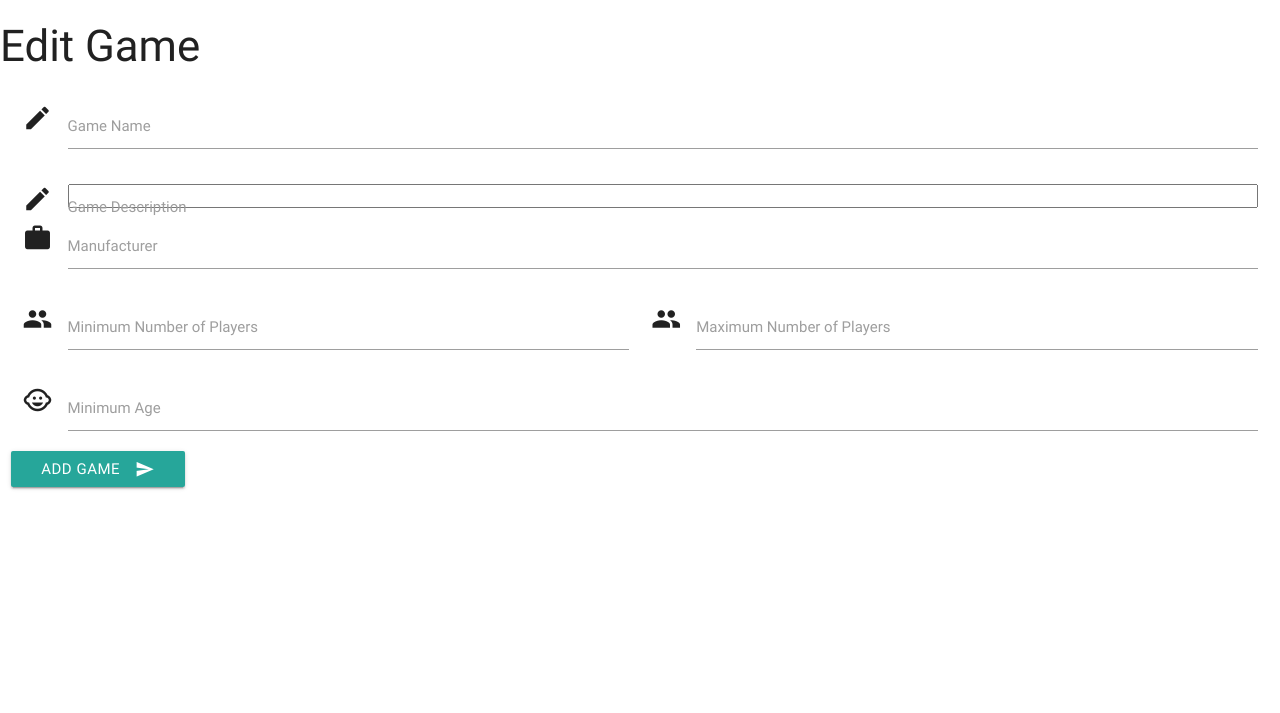
Repository: arcorco/dcd-milestone
Page: templates/editgame.html
The author's editor kept a record of every edit. The page is drawn from the files as they stood at one moment, then again after the next edit.
The browser window is 1280 px wide. The pictures show the whole page.
Some web libraries are served in a nearby version. The page is served by the project's application, run on Flask 3 (app.py). The template is opened directly, without the code that normally fills it, so the values that code supplies are empty.

Above is the page before.

### templates/editgame.html
{% extends 'base.html'%} {% block content %}

<h3>Edit Game</h3>
<div class="row">
  <form action="{{url_for('insert_game')}}" method="POST" class="col s12">
    <div class="row">
      <div class="input-field col s12">
        <i class="material-icons prefix">create</i>
        <input id="game_name" name="game_name" type="text" class="validate">
        <label for="game_name">Game Name</label>
      </div>
      <div class="input-field col s12">
        <i class="material-icons prefix">create</i>
        <input id="game_description" name="game_description" type="textarea" class="validate">
        <label for="game_description">Game Description</label>
      </div>
      <div class="input-field col s12">
        <i class="material-icons prefix">work</i>
        <input id="manufacturer" name="manufacturer" type="text" class="validate">
        <label for="manufacturer">Manufacturer</label>
      </div>
      <div class="input-field col s6">
        <i class="material-icons prefix">group</i>
        <input name="number_of_players_min" id="number_of_players_min" type="text" class="validate">
        <label for="number_of_players_min">Minimum Number of Players</label>
      </div>
      <div class="input-field col s6">
        <i class="material-icons prefix">group</i>
        <input id="number_of_players_max" name="number_of_players_max" type="text" class="validate">
        <label for="number_of_players_max">Maximum Number of Players</label>
      </div>
      <div class="input-field col s12">
        <i class="material-icons prefix">child_care</i>
        <input id="age_range" name="age_range" type="text" class="validate">
        <label for="age_range">Minimum Age</label>
      </div>
      <div class="row">
        <button class="btn waves-effect waves-light" type="submit">Add Game
    <i class="material-icons right">send</i>
  </button>
      </div>
    </div>
  </form>
</div>

{% endblock %}

### templates/base.html
<!DOCTYPE html>
<html>

<head>
    <link href="https://fonts.googleapis.com/icon?family=Material+Icons" rel="stylesheet">
    <link rel="stylesheet" href="https://cdnjs.cloudflare.com/ajax/libs/materialize/0.100.2/css/materialize.min.css">
    <link rel="stylesheet" type="text/css" href="//cdn.jsdelivr.net/npm/slick-carousel@1.8.1/slick/slick.css" />
    <link rel="stylesheet" href="{{url_for('static', filename='css/style.css')}}" type="text/css"/>
</head>

<body>
    {% block content %} {% endblock %}

    <script src="https://cdnjs.cloudflare.com/ajax/libs/jquery/3.2.1/jquery.min.js"></script>
    <script src="https://cdnjs.cloudflare.com/ajax/libs/materialize/0.100.2/js/materialize.min.js"></script>
    <script type="text/javascript" src="//cdn.jsdelivr.net/npm/slick-carousel@1.8.1/slick/slick.min.js"></script>
    <script type="text/javascript">
        $(document).ready(function() {
            $('.game-carousel').slick({
            });

            $('input#game_description').characterCounter();
        });

    </script>
</body>

</html>

### app.py
import os
from flask import Flask, render_template, redirect, request, url_for
from flask_pymongo import PyMongo
from bson.objectid import ObjectId

app = Flask(__name__)

app.config["MONGO_DNAME"] = 'game_review'
app.config["MONGO_URI"] = 'mongodb+srv://first_user:WG9zKqgDwfDTHNa@myfirstcluster-74ub4.mongodb.net/game_review?retryWrites=true&w=majority'
#environment variable for username and password

mongo = PyMongo(app)

@app.route('/')
@app.route('/get_games')
def get_games():
    return render_template('games.html', games=mongo.db.games.find())

@app.route('/add_game')
def add_game():
    return render_template('addgame.html')

@app.route('/insert_game', methods=['POST'])
def insert_game():
    games = mongo.db.games
    new_game = request.form.to_dict()
    min_players = new_game.get("number_of_players_min")
    max_players = new_game.get("number_of_players_max")
    min_age = new_game.get("age_range")
    age = "%s+" % min_age
    players = "%s-%s" % (min_players, max_players)
    new_game.update( {'number_of_players' : players} )
    new_game.update( {'age_range' : age} )
    new_game.pop('number_of_players_min')
    new_game.pop('number_of_players_max')

    games.insert_one(new_game)
    return redirect(url_for('get_games'))

if __name__ == "__main__":
    app.run(host=os.environ.get('IP'),
            port=int(os.environ.get('PORT')),
            debug=True)

Loaded but not shown: static/css/style.css (common file)

After the next edit:
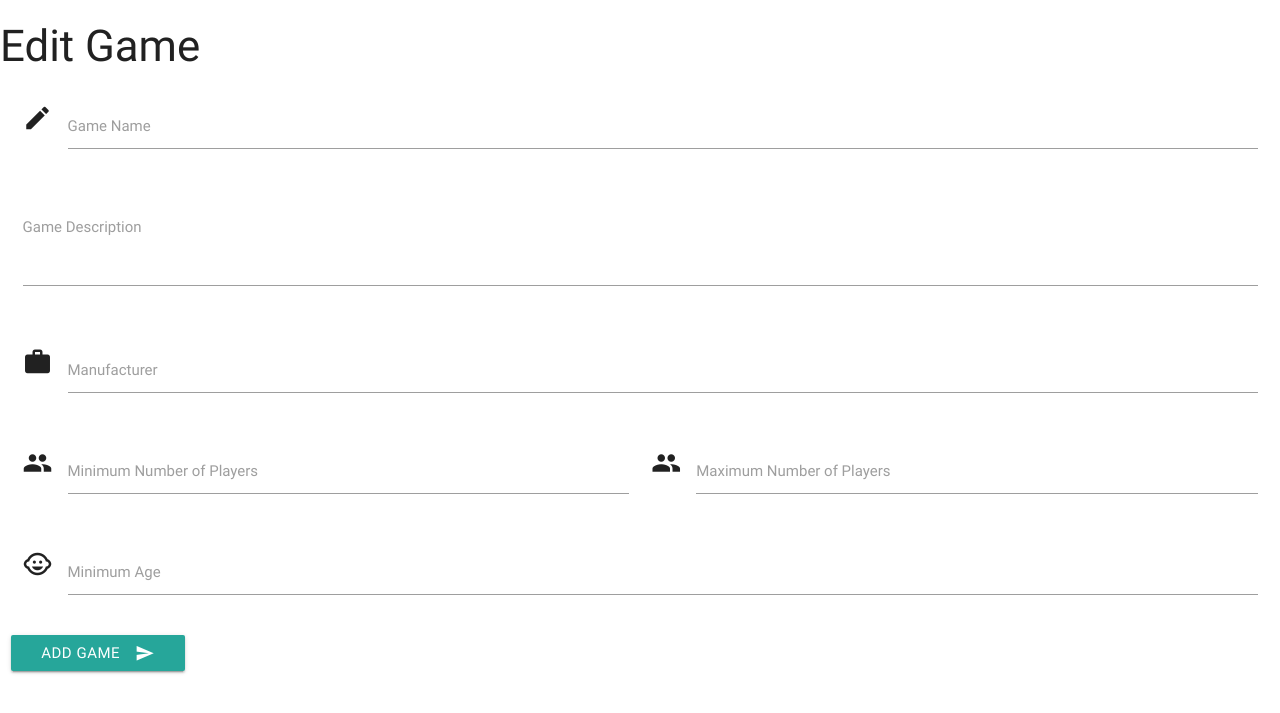
The edit:
--- a/templates/editgame.html
+++ b/templates/editgame.html
@@ -9,37 +9,46 @@
         <input id="game_name" name="game_name" type="text" class="validate">
         <label for="game_name">Game Name</label>
       </div>
+    </div>
+    <div class="row">
       <div class="input-field col s12">
-        <i class="material-icons prefix">create</i>
-        <input id="game_description" name="game_description" type="textarea" class="validate">
+        <textarea id="game_description" class="materialize-textarea"></textarea>
         <label for="game_description">Game Description</label>
       </div>
+    </div>
+    <div class="row">
       <div class="input-field col s12">
         <i class="material-icons prefix">work</i>
         <input id="manufacturer" name="manufacturer" type="text" class="validate">
         <label for="manufacturer">Manufacturer</label>
       </div>
+    </div>
+    <div class="row">
       <div class="input-field col s6">
         <i class="material-icons prefix">group</i>
         <input name="number_of_players_min" id="number_of_players_min" type="text" class="validate">
         <label for="number_of_players_min">Minimum Number of Players</label>
       </div>
+
       <div class="input-field col s6">
         <i class="material-icons prefix">group</i>
         <input id="number_of_players_max" name="number_of_players_max" type="text" class="validate">
         <label for="number_of_players_max">Maximum Number of Players</label>
       </div>
+    </div>
+    <div class="row">
       <div class="input-field col s12">
         <i class="material-icons prefix">child_care</i>
         <input id="age_range" name="age_range" type="text" class="validate">
         <label for="age_range">Minimum Age</label>
       </div>
-      <div class="row">
-        <button class="btn waves-effect waves-light" type="submit">Add Game
+    </div>
+    <div class="row">
+      <button class="btn waves-effect waves-light" type="submit">Add Game
     <i class="material-icons right">send</i>
   </button>
-      </div>
     </div>
+
   </form>
 </div>
 
